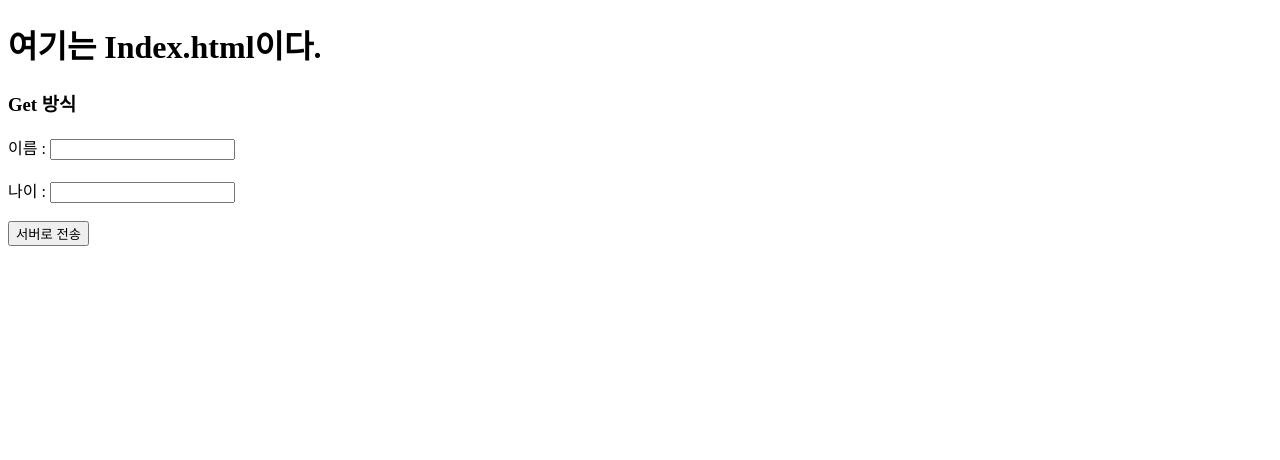
Repository: kong980/EclipseWork
Page: ServletTest3/src/main/webapp/Index.html
The author's editor kept a copy of each file at every save. The page is drawn from the files as they stood at one save, then again after the next save.
The browser window is 1280 px wide. The pictures show the whole page.

Above is the page before, as saved 2023-09-14 04:00:24.

After the next save:
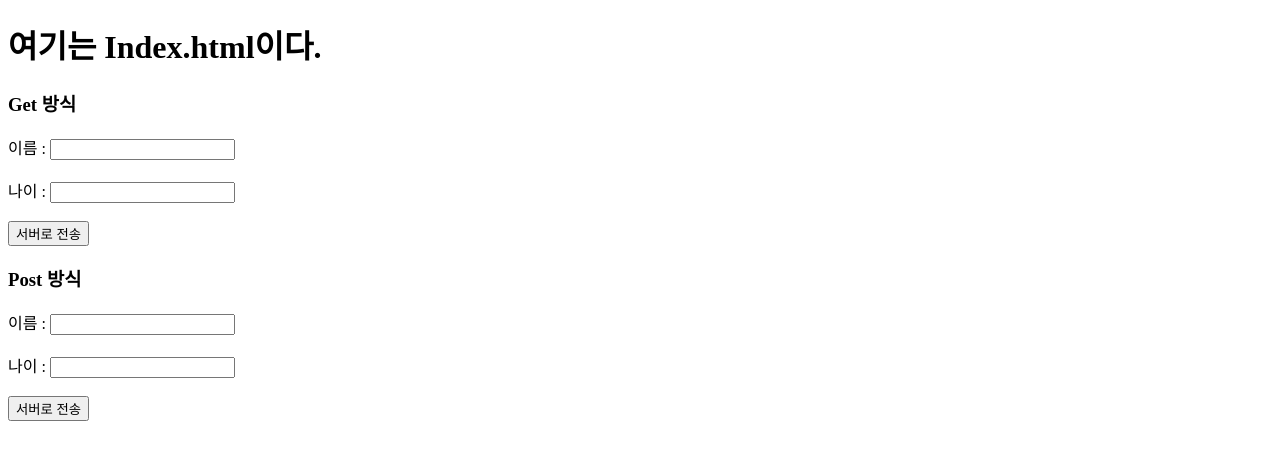
Saved 11 s later.
--- a/ServletTest3/src/main/webapp/Index.html
+++ b/ServletTest3/src/main/webapp/Index.html
@@ -39,5 +39,12 @@
 	나이 : <input type="number" name="age"><br><br>
 	<input type="submit" value="서버로 전송"/>
 	</form>
+
+	<h3>Post 방식</h3>
+	<form action="/ServletTest3/test1">
+	이름 : <input type="text" name="name"><br><br>
+	나이 : <input type="number" name="age"><br><br>
+	<input type="submit" value="서버로 전송"/>
+	</form>
 </body>
 </html>
